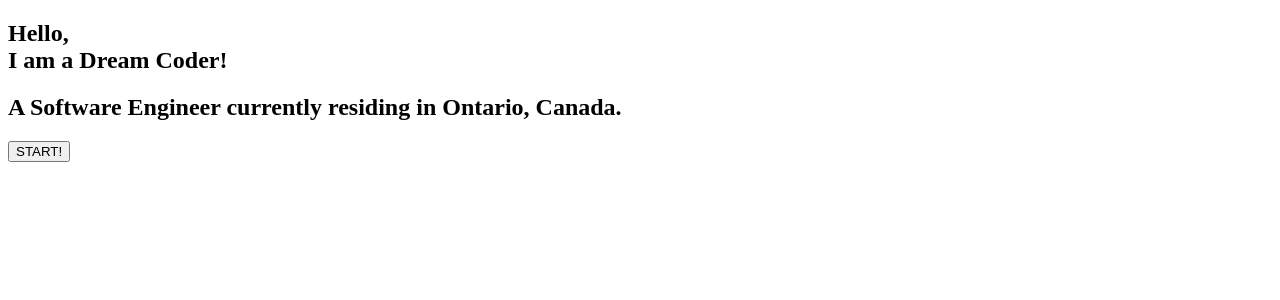
Repository: jennyjjung/H2ODaily
Page: index.html
The author's editor kept a copy of each file at every save. The page is drawn from the files as they stood at one save, then again after the next save.
The browser window is 1280 px wide. The pictures show the whole page.

Above is the page before, as saved 2022-03-26 14:34:59.

### index.html
<!DOCTYPE html>
<html lang="en">
<head>
  <meta charset="UTF-8">
  <meta http-equiv="X-UA-Compatible" content="IE=edge">
  <meta name="viewport" content="width=device-width, initial-scale=1.0">
  <title>H2O Daily</title>
  <link rel="stylesheet" href="style.css" />
  <script src="main.js" defer></script>
</head>
<body>

  <section id="home">
    <div class= "home__container">
      <h1 class="home__title">Hello, <br>I am a Dream Coder!</h1>
      <h2 class="home__description">A Software Engineer currently residing in Ontario, Canada.</h2>
      <button class="btn__home">START!</button>
    </div>
  </section>

  <section id="bottom">
    <div class= "home__container">

    </div>
  </section>

</body>
</html>

Loaded but not shown: main.js (no copy from this time; the picture is the same without it); style.css (no copy from this time; the picture is the same without it)

After the next save:
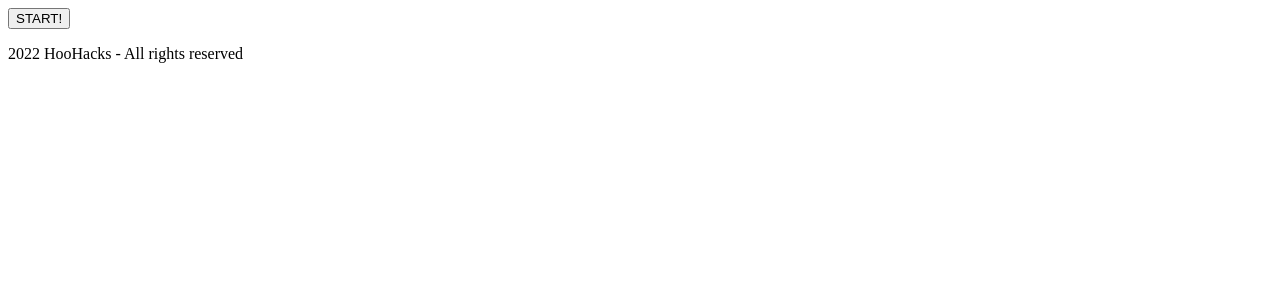
Saved 68 s later.
--- a/index.html
+++ b/index.html
@@ -12,15 +12,13 @@
 
   <section id="home">
     <div class= "home__container">
-      <h1 class="home__title">Hello, <br>I am a Dream Coder!</h1>
-      <h2 class="home__description">A Software Engineer currently residing in Ontario, Canada.</h2>
       <button class="btn__home">START!</button>
     </div>
   </section>
 
   <section id="bottom">
-    <div class= "home__container">
-
+    <div class= "bottom__container">
+      <p class="bottom__rights">2022 HooHacks - All rights reserved</p>
     </div>
   </section>
 
